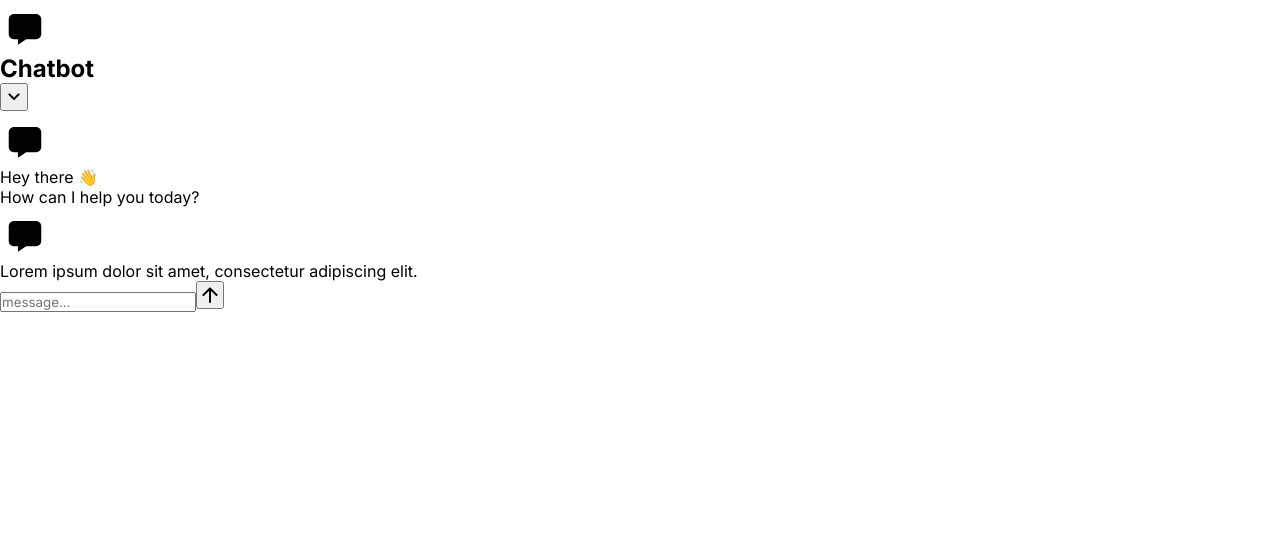
Repository: gogg23/chatbot
Page: / (app in chatbot/)
These files come from the project's save history. The page is drawn as it stood at one moment and after the next save; the edit follows.
The browser window is 1280 px wide. The pictures show the whole page.
The project was rebuilt for these pictures with package versions that can differ from the ones it lists, and the page was loaded fresh each time. Also part of the build but not shown: chatbot/vite.config.js.

Above is the page before, as saved 2025-01-11 10:55:14.

### chatbot/index.html
<!DOCTYPE html>
<html lang="en">
  <head>
    <meta charset="UTF-8" />
    <link rel="icon" type="image/svg+xml" href="/vite.svg" />
    <meta name="viewport" content="width=device-width, initial-scale=1.0" />
    <title>Chatbot in ReactJS</title>
    <!--Linking google Fonts for Icons-->
    <link
      href="https://fonts.googleapis.com/css2?family=Material+Symbols+Rounded"
      rel="stylesheet"
    />
  </head>
  <body>
    <div id="root"></div>
    <script type="module" src="/src/main.jsx"></script>
  </body>
</html>

### chatbot/src/index.css
/*Importing Google Fonts - Inter*/
@import url('https://fonts.googleapis.com/css2?family=Inter:ital,opsz,wght@0,14..32,100..900;1,14..32,100..900&display=swap');

* {
  margin: 0;
  padding: 0;
  box-sizing: border-box;
  font-family: 'Inter', sans-serif;
}

### chatbot/src/App.jsx
import ChatbotIcon from './components/ChatbotIcon';

const App = () => {
  return (
    <div className='container'>
      <div className='chatbot-popup'>
        {/*Chatbot Header*/}
        <div className='chat-header'>
          <div className='header-info'>
            <ChatbotIcon />
            <h2 className='logo-text'>Chatbot</h2>
          </div>
          <button className='material-symbols-rounded'>
            keyboard_arrow_down
          </button>
        </div>
        {/*Chatbot Body*/}
        <div className='chat-body'>
          <div className='message bot-message'>
            <ChatbotIcon />
            <p className='message-text'>
              Hey there 👋
              <br />
              How can I help you today?
            </p>
          </div>
          <div className='message user-message'>
            <ChatbotIcon />
            <p className='message-text'>
              Lorem ipsum dolor sit amet, consectetur adipiscing elit.
            </p>
          </div>
        </div>
        {/*Chatbot Footer*/}
        <div className='chat-footer'>
          <form action='#' className='chat-form'></form>
          <input
            type='text'
            placeholder='message...'
            className='message-input'
            required
          />
          <button className='material-symbols-rounded'>arrow_upward</button>
        </div>
      </div>
    </div>
  );
};

export default App;

### chatbot/src/components/ChatbotIcon.jsx
const ChatbotIcon = () => {
  return (
    <svg
      xmlns='http://www.w3.org/2000/svg'
      width='50'
      height='50'
      viewBox='0 0 1024 1024'
    >
      <path
        d='M738.3 287.6H285.7c-59 0-106.8
      47.8-106.8 106.8v303.1c0 59 47.8 106.8 106.8 106.8h81.5v111.1c0
      .7.8 1.1 1.4.7l166.9-110.6 41.8-.8h117.4l43.6-.4c59
      0 106.8-47.8 106.8-106.8V394.5c0-59-47.8-106.9-106.8-106.9zM351
      .7 448.2c0-29.5 23.9-53.5 53.5-53.5s53.5 23.9 53.5 53.5-23.9
      53.5-53.5 53.5-53.5-23.9-53.5-53.5zm157.9 267.1c-67.8 0-123.8-47
      .5-132.3-109h264.6c-8.6 61.5-64.5 109-132.3 109zm110-213.7c-29.5
      0-53.5-23.9-53.5-53.5s23.9-53.5 53.5-53.5 53.5 23.9 53.5 53.5-23.9
      53.5-53.5 53.5zM867.2 644.5V453.1h26.5c19.4 0 35.1 15.7 35.1 35.1v121.1c0
      19.4-15.7 35.1-35.1 35.1h-26.5zM95.2 609.4V488.2c0-19.4 15.7-35.1
      35.1-35.1h26.5v191.3h-26.5c-19.4 0-35.1-15.7-35.1-35.1zM561.5 149.6c0 23.4-15.6
      43.3-36.9 49.7v44.9h-30v-44.9c-21.4-6.5-36.9-26.3-36.9-49.7 0-28.6 23.3-51.9 51.9-51.9s51.9
      23.3 51.9 51.9z'
      />
    </svg>
  );
};

export default ChatbotIcon;

Loaded but not shown: chatbot/src/main.jsx (common file)

After the next save:
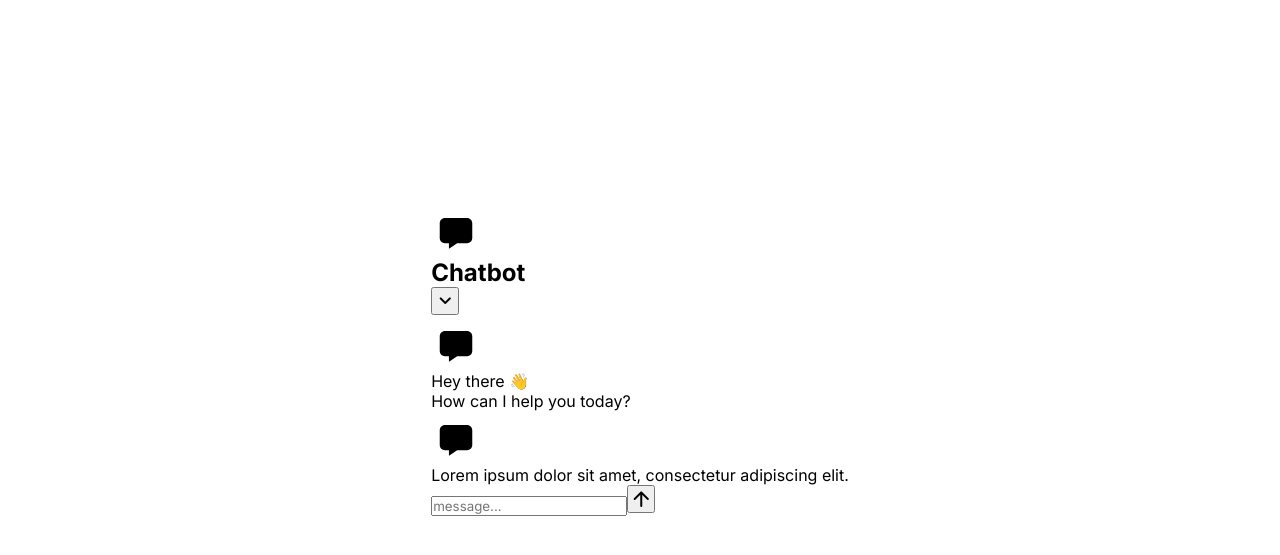
Saved 5 min 46 s later.
--- a/chatbot/src/index.css
+++ b/chatbot/src/index.css
@@ -7,3 +7,12 @@
   box-sizing: border-box;
   font-family: 'Inter', sans-serif;
 }
+
+body {
+  width: 100%;
+  display: flex;
+  align-items: center;
+  justify-content: center;
+  min-height: 100vh;
+  background: linear-gradient(#F4FOFF, #dacdff);
+}
